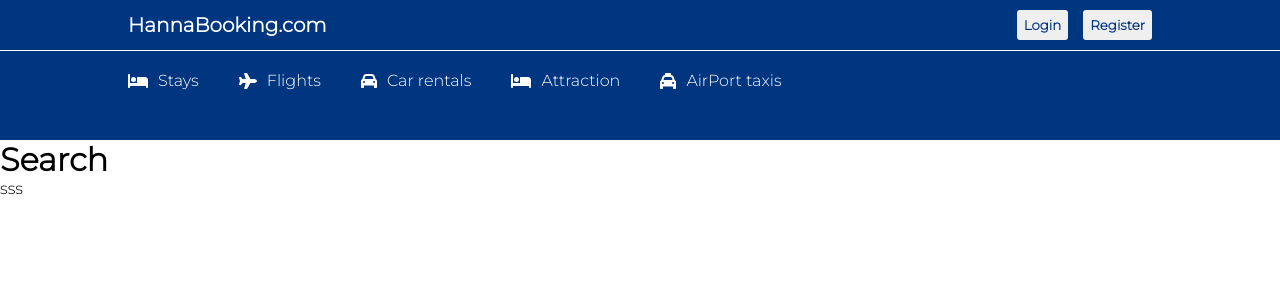
Repository: truongnguyenuit/BookingWebApp
Page: /hotels
The author's editor kept a copy of each file at every save. The page is drawn from the files as they stood at one save, then again after a run of saves.
The browser window is 1280 px wide. The pictures show the whole page.
The project was rebuilt for these pictures with package versions that can differ from the ones it lists, and the page was loaded fresh each time. Also part of the build but not shown: src/components/featured/featured.css, src/components/featured/Featured.jsx, src/components/propertyList/propertyList.css, src/components/propertyList/PropertyList.jsx, src/components/featuredProperties/featuredProperties.css, src/components/featuredProperties/FeaturedProperties.jsx, src/components/mailList/mailList.css, src/components/mailList/MailList.jsx and 7 more.

Above is the page before, as saved 2022-06-13 10:22:29.

After the next 6 saves:
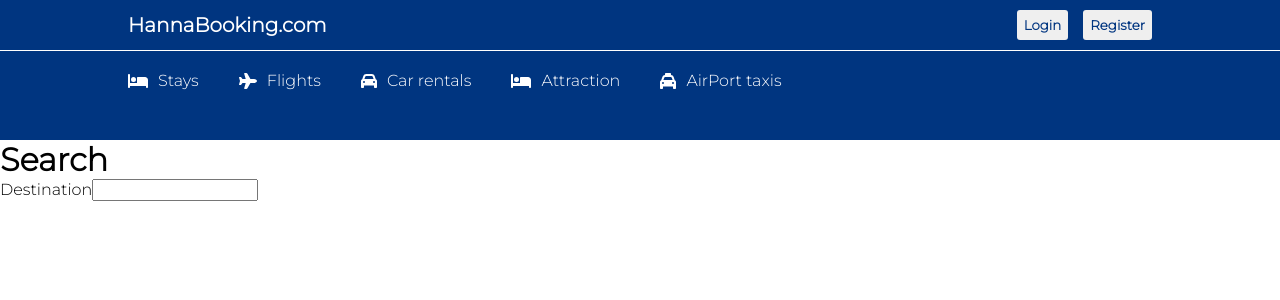
The 6 saves are shown as one change because 1 did not build or start and some came seconds apart.
The last was saved 50 s later.
--- a/src/pages/list/List.jsx
+++ b/src/pages/list/List.jsx
@@ -21,7 +21,8 @@ const List = () => {
           <div className="listSearch">
             <h1 className="lsTitle">Search</h1>
             <div className="lsItem">
-              <label htmlFor="Destination">sss</label>
+              <label htmlFor="Destination">Destination</label>
+              <input type="text" />
             </div>
           </div>
         </div>
